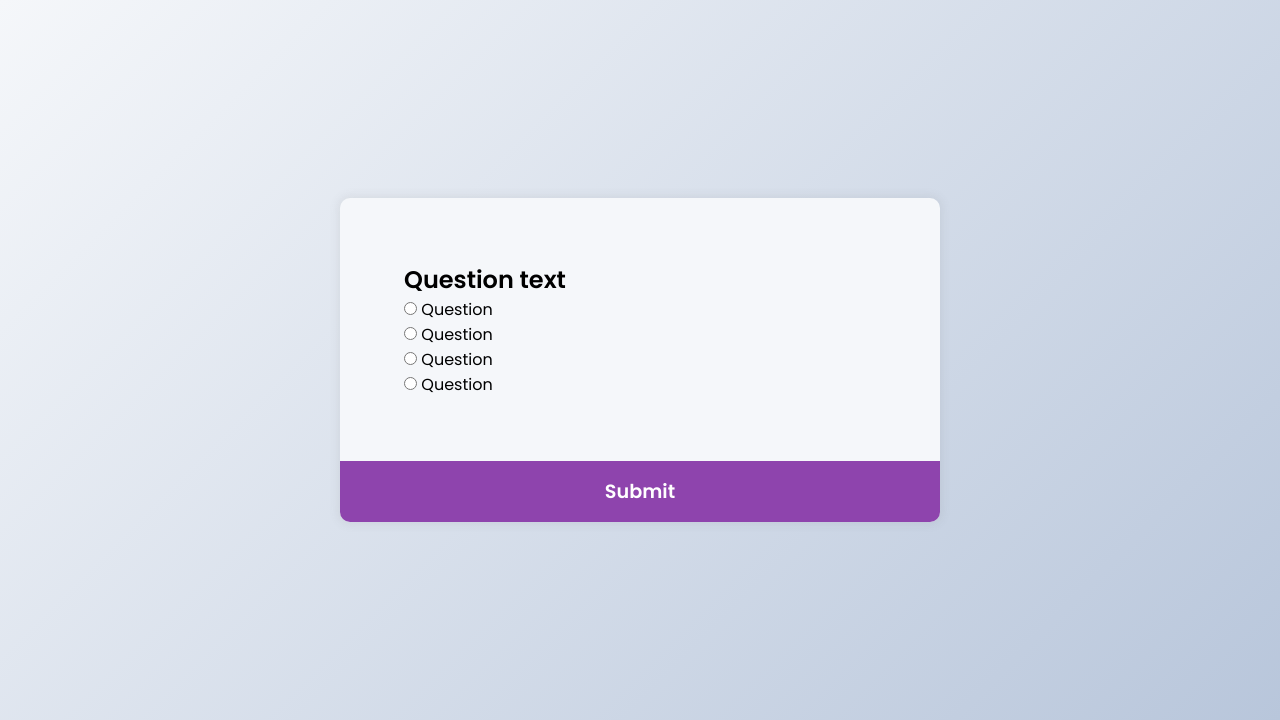
Repository: sevilgenysf/javascript-two
Page: index.html
An editor plug-in stored every save of this project. The page is shown before and after the next save, followed by the edit.
The browser window is 1280 px wide. The pictures show the whole page.
The pointer rests on the first visible `button`.

Above is the page before, as saved 2022-02-27 15:21:08.

### index.html
<!DOCTYPE html>
<html lang="en">

<head>
	<meta charset="UTF-8">
	<meta http-equiv="X-UA-Compatible" content="IE=edge">
	<meta name="viewport" content="width=device-width, initial-scale=1.0">
	<link rel="stylesheet" href="./style.css">
	<script src="./index.js" defer></script>
	<title>javascript Day two</title>
</head>

<body>
	<div>
		<div class="quiz-container">
			<div class="quiz-header">
				<h2>Question text</h2>
				<ul>
					<li>
						<input type="radio" id="a" name="answer">
						<label for="a">Question</label>
					</li>
				</ul>
				<ul>
					<li>
						<input type="radio" id="b" name="answer">
						<label for="b">Question</label>
					</li>
				</ul>
				<ul>
					<li>
						<input type="radio" id="c" name="answer">
						<label for="c">Question</label>
					</li>
				</ul>
				<ul>
					<li>
						<input type="radio" id="d" name="answer">
						<label for="d">Question</label>
					</li>
				</ul>
			</div>
			<button>Submit</button>
		</div>
	</div>
</body>

</html>

### style.css
@import url('https://fonts.googleapis.com/css2?family=Poppins:wght@400;600&family=Roboto:ital,wght@0,300;0,400;0,700;1,500&display=swap');

* {
	margin: 0;
	padding: 0;
	box-sizing: border-box;
}

body {
	display: flex;
	justify-content: center;
	align-items: center;
	background-color: #b8c6db;
	background-image: linear-gradient(315deg, #b8c6db 0%, #f5f7fa 100%);
	font-family: 'Poppins', sans-serif;
	min-height: 100vh;
}

.quiz-container {
	background-color: #f5f7fa;
	width: 600px;
	border-radius: 10px;
	box-shadow: 0 0 10px 2px rgba(100, 100, 100, 0.1);
	max-width: 100%;
	overflow: hidden;
}

.quiz-header {
	padding: 4rem;
}

ul {
	list-style: none;
	padding: 0;
}

button {
	background-color: #8e44ad;
	width: 100%;
	padding: 1rem;
	color: #fff;
	font-family: inherit;
	border: none;
	cursor: pointer;
	font-size: 1.2rem;
	font-weight: 600;
	transition: all 0.2s ease-in-out;
}

### index.js
const quizData = [
	{
		question: 'How old are you?',
		a: '25',
		b: '26',
		c: '27',
		d: '28',
		currect: 'c'
	},
	{
		question: 'What is the most used best programing language in 2019?',
		a: 'Java',
		b: 'C',
		c: 'Python',
		d: 'JavaScript',
		currect: 'a'
	},
	{
		qwstion: 'who is he President of USA?',
		a: 'Trump',
		b: 'Obama',
		c: 'Bush',
		d: 'Clinton',
		currect: 'b'
	},
	{
		question: 'What does HTML stand for?',
		a: 'Hyper Text Markup Language',
		b: 'Cascading style sheet',
		c: 'Jason Object Notation',
		d: 'Aplication Type Markup Language',
		currect: 'a'
	},
	{
		question: 'What year was javaScript launched?',
		a: '1995',
		b: '1996',
		c: '1997',
		d: 'none of the above',
		currect: 'd'
	}
];

After the next save:
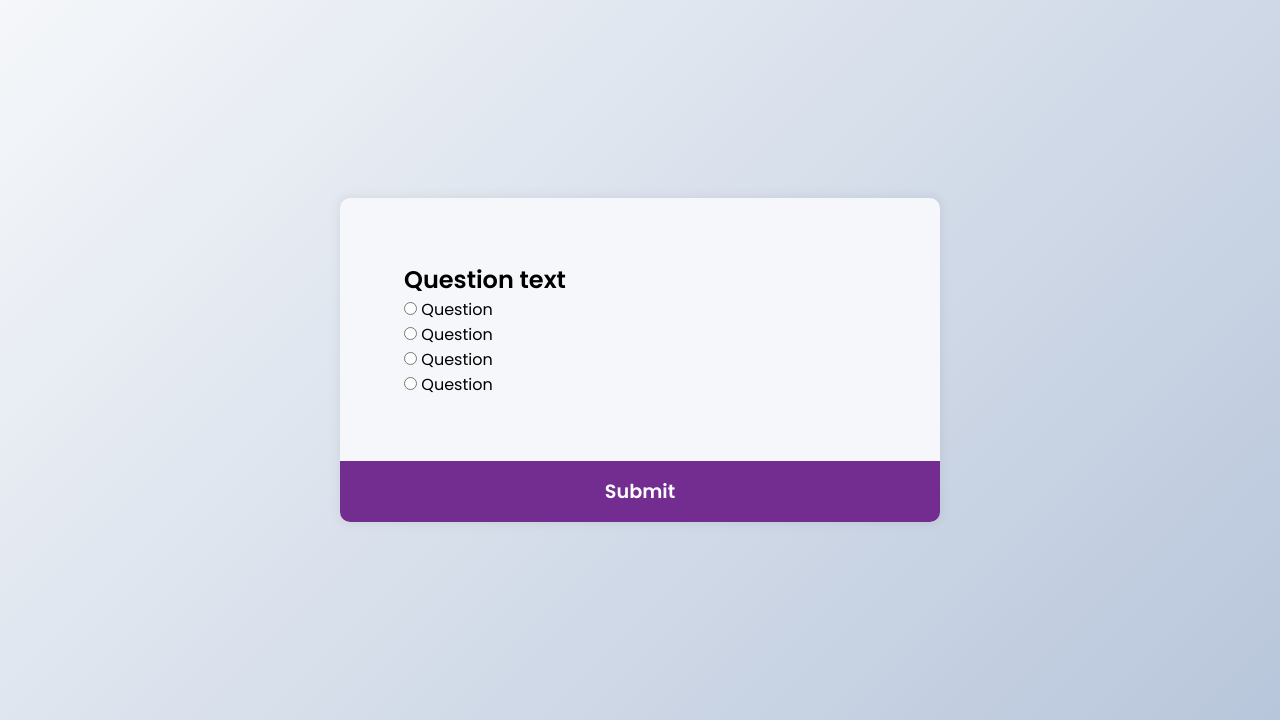
Saved 78 s later.
--- a/style.css
+++ b/style.css
@@ -46,3 +46,7 @@ button {
 	font-weight: 600;
 	transition: all 0.2s ease-in-out;
 }
+
+button:hover {
+	background-color: #732d91;
+}
